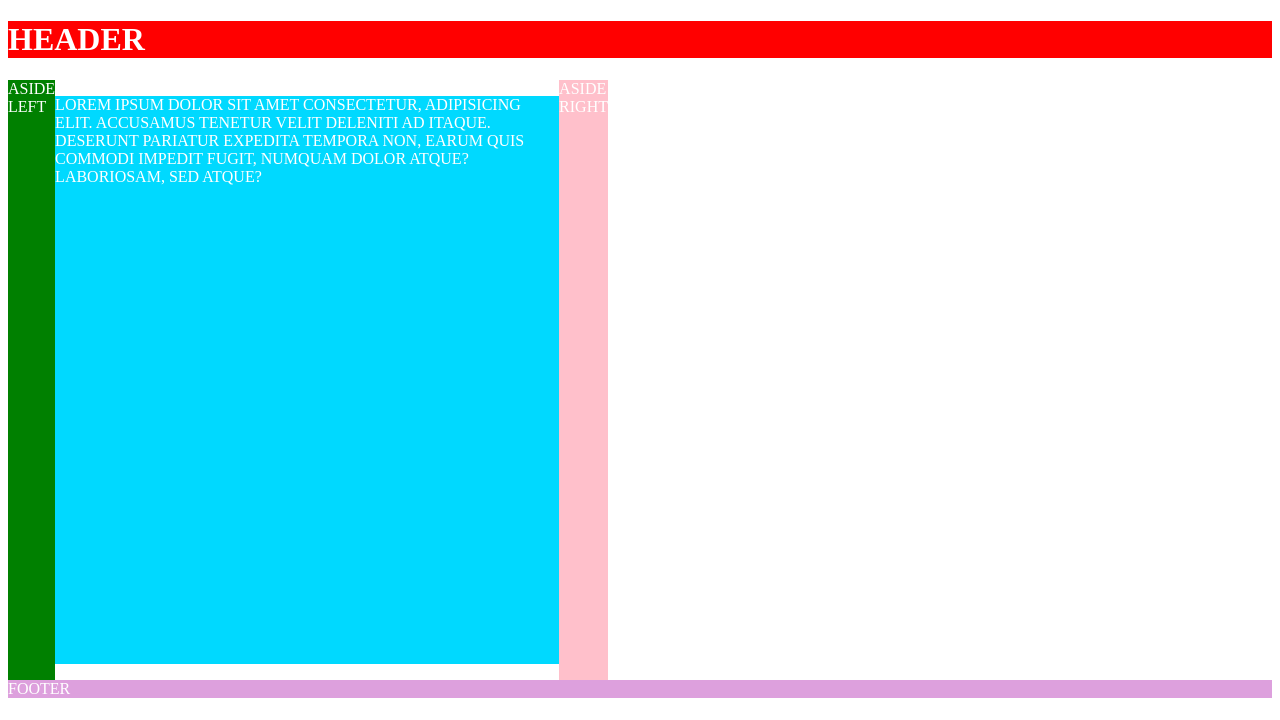
Repository: magdaf41/CSS
Page: zadanie_7/index.html
An editor plug-in stored every save of this project. The page is shown before and after the next save, followed by the edit.
The browser window is 1280 px wide. The pictures show the whole page.

Above is the page before, as saved 2020-08-24 19:29:17.

After the next save:
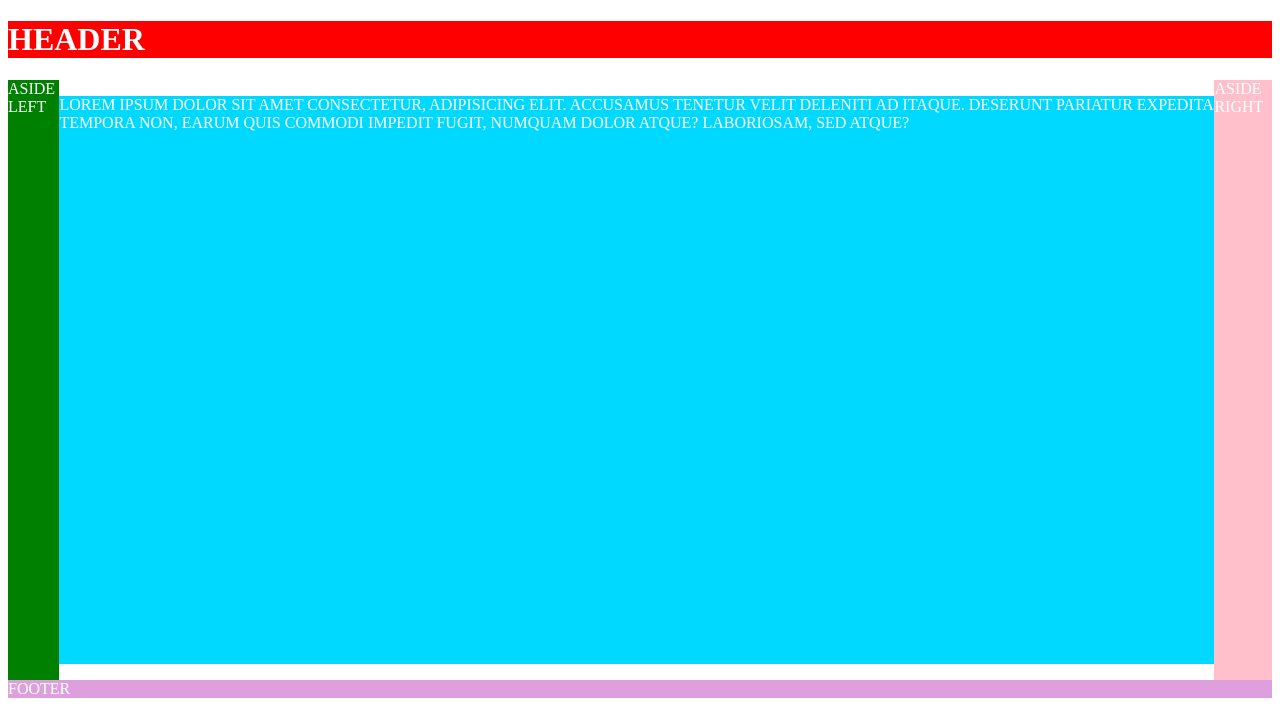
Saved 4 s later.
--- a/zadanie_7/css/style.css
+++ b/zadanie_7/css/style.css
@@ -5,7 +5,6 @@
 
 }
 #container {
-    width: 600px;
     height: 600px;
     display: flex;
     justify-content: space-between;
